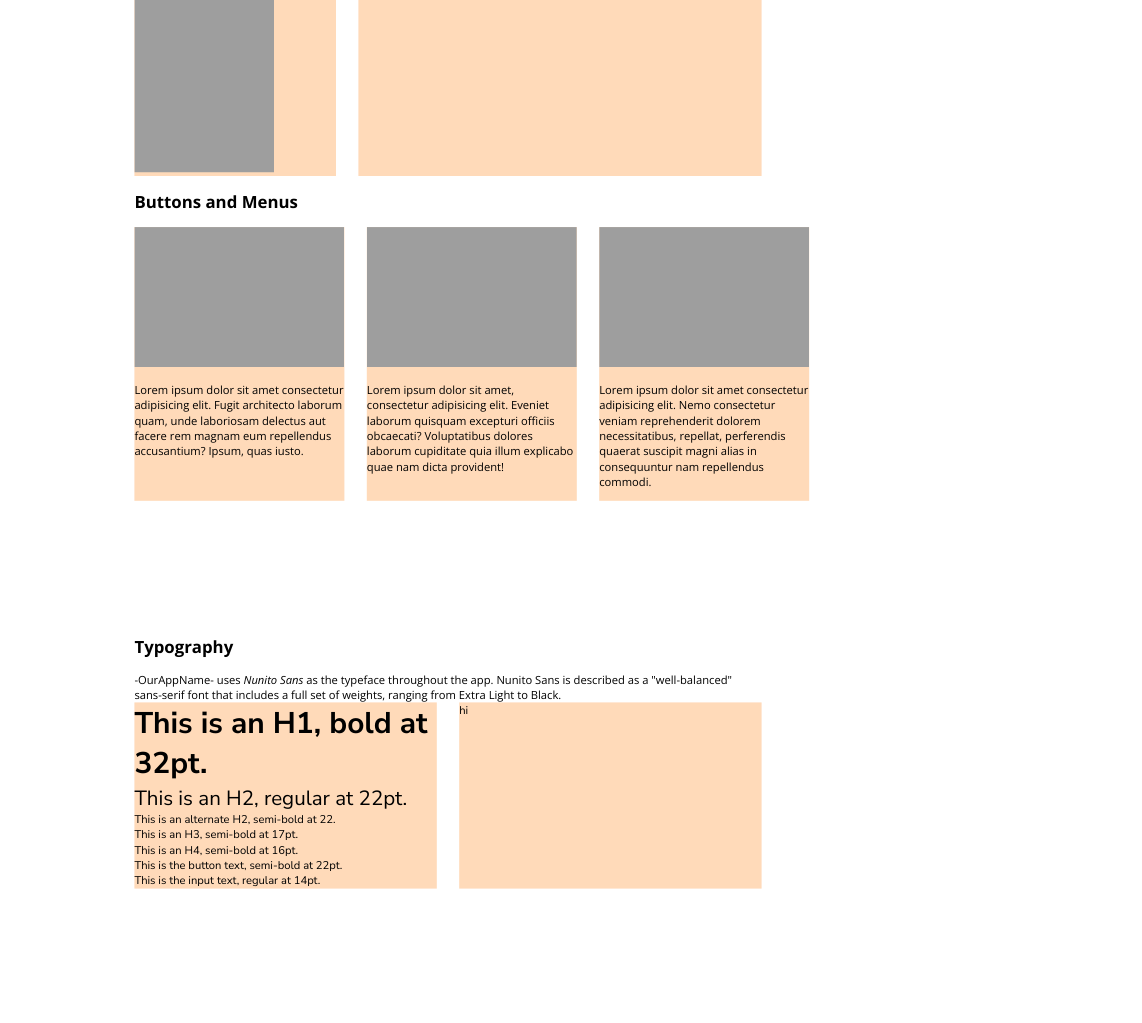
Repository: seohyun9672/Timearth-A6Styleguide
Page: page2.html
An editor plug-in stored every save of this project. The page is shown before and after the next save, followed by the edit.
The browser window is 1280 px wide. The page is 1632 px wide, so the pictures cover 1632 px, including what lies to the right of the window. The pictures show the part of the page from y = 908 to 2428 px (the page is 2370 px tall before and 2428 px after), at 70% of full size.
Pictures or frames that could not be fetched are drawn as grey boxes.

Above is the page before, as saved 2022-03-20 19:48:09.

After the next save:
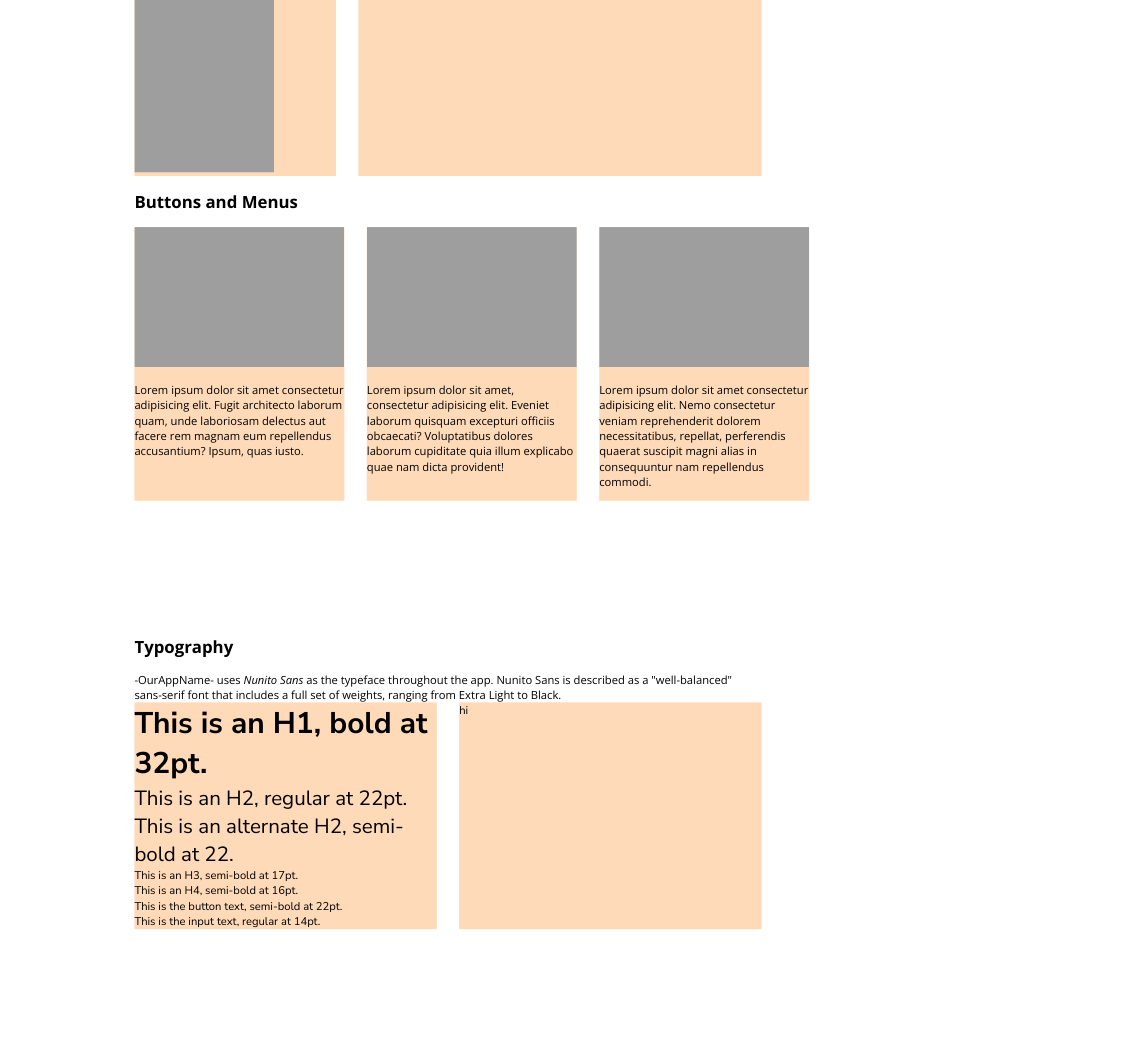
Saved 43 s later.
--- a/stylesheet.css
+++ b/stylesheet.css
@@ -120,3 +120,7 @@ li a:hover {
 .nh2 {
     font-size:22pt;
 }
+.nh2-2 {
+    font-size:22pt;
+    font-weight:semi-bold;
+}
